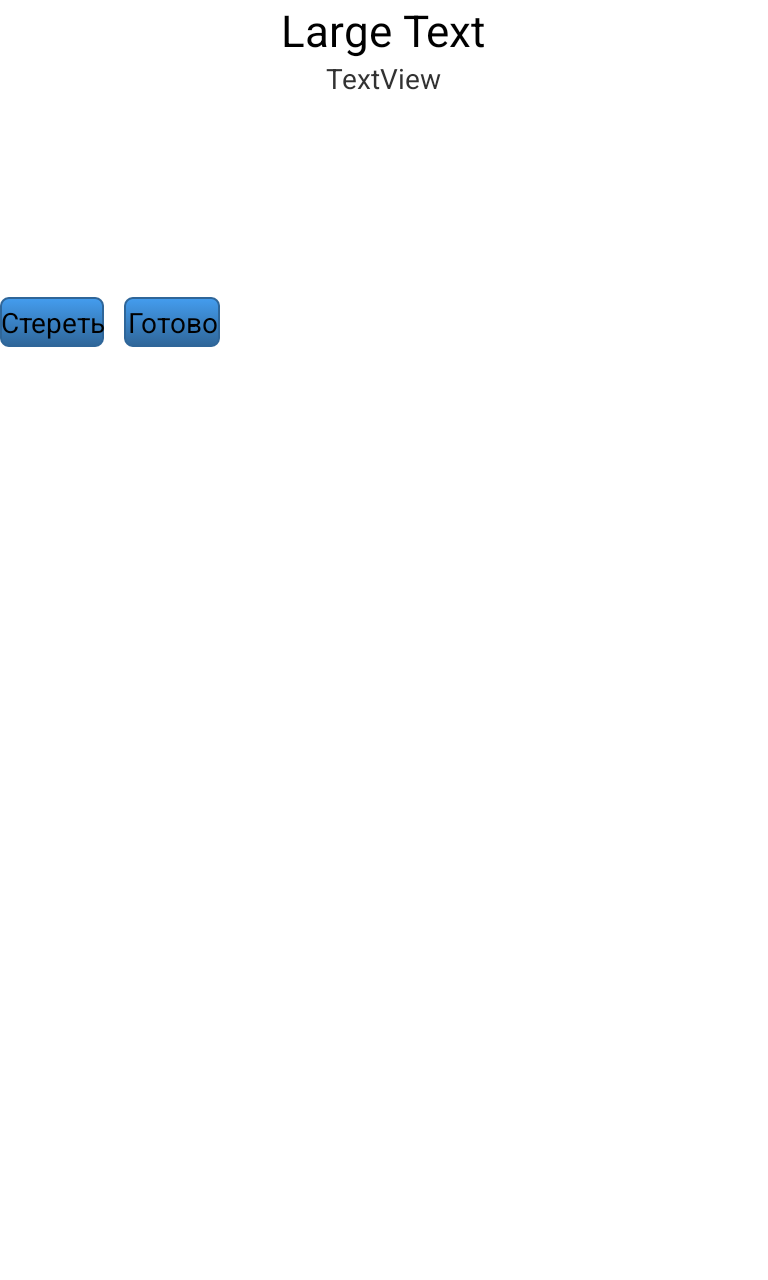
Repository: pcombi/android_dev
Layout: EnglishGrammar/res/layout/tests.xml
These files come from the project's save history. The layout is drawn as it stood at one moment and after the next save; the edit follows.
It is drawn on a 768 x 1280 px phone screen (xhdpi) without system bars, with theme AppTheme; the app's code is not run.

Above is the layout before, as saved 2012-12-29 14:21:01.

### EnglishGrammar/res/layout/tests.xml
<?xml version="1.0" encoding="utf-8"?>
<LinearLayout xmlns:android="http://schemas.android.com/apk/res/android"
    android:layout_width="match_parent"
    android:layout_height="match_parent"
    android:orientation="vertical"
    android:weightSum="130">

    <TextView
        android:id="@+id/tvQuestion"
        android:layout_width="wrap_content"
        android:layout_height="wrap_content"
        android:layout_gravity="center"
        android:text="Large Text"
        android:textAppearance="?android:attr/textAppearanceLarge" />

    <TextView
        android:id="@+id/tvAnswer"
        android:layout_width="wrap_content"
        android:layout_height="wrap_content"
        android:layout_gravity="center"
        android:text="TextView" />

    <LinearLayout
        android:id="@+id/lAnswers"
        android:layout_width="match_parent"
        android:layout_height="100dp"
        android:orientation="vertical" >

        <LinearLayout
            android:id="@+id/lhorAnswers"
            android:layout_width="match_parent"
            android:layout_height="wrap_content"
            android:orientation="horizontal" >
        </LinearLayout>
    </LinearLayout>

    <LinearLayout
        android:id="@+id/llButtons"
        android:layout_width="fill_parent"
        android:layout_height="wrap_content"
        android:orientation="horizontal">

        <Button
            android:id="@+id/bErase"
            style="?android:attr/buttonStyleSmall"
            android:layout_width="wrap_content"
            android:background="@drawable/btn_blue"
            android:layout_marginRight="10dp"
            android:layout_height="25dp"
            android:layout_gravity="left"
            android:text="@string/erase" />

        <Button
            android:id="@+id/button1"
            style="?android:attr/buttonStyleSmall"
            android:layout_width="wrap_content"
            android:layout_height="25dp"
            android:layout_gravity="right"
            android:background="@drawable/btn_blue"
            android:text="@string/done" />
    </LinearLayout>

    <LinearLayout
        android:id="@+id/buttonOptions1"
        android:layout_width="wrap_content"
        android:layout_height="wrap_content"
        android:orientation="vertical">
    </LinearLayout>

    <LinearLayout
        android:id="@+id/buttonOptions2"
        android:layout_width="wrap_content"
        android:layout_height="wrap_content"
        android:orientation="vertical" >
    </LinearLayout>

    <LinearLayout
        android:id="@+id/buttonOptions3"
        android:layout_width="wrap_content"
        android:layout_height="wrap_content"
        android:orientation="vertical" >
    </LinearLayout>

    <LinearLayout
        android:id="@+id/buttonOptions4"
        android:layout_width="wrap_content"
        android:layout_height="wrap_content"
        android:orientation="vertical">
    </LinearLayout>

</LinearLayout>

### EnglishGrammar/res/drawable/btn_blue.xml
<?xml version="1.0" encoding="utf-8"?>
<selector xmlns:android="http://schemas.android.com/apk/res/android">
    <item android:state_pressed="true" >
        <shape>
            <solid
                android:color="#449def" />
            <stroke
                android:width="1dp"
                android:color="#2f6699" />
            <corners
                android:radius="4dp" />
            <padding
                android:left="0dp"
                android:top="0dp"
                android:right="0dp"
                android:bottom="0dp" />
        </shape>
    </item>
    <item>
        <shape>
            <gradient
                android:startColor="#449def"
                android:endColor="#2f6699"
                android:angle="270" />
            <stroke
                android:width="1dp"
                android:color="#2f6699" />

            <corners
                android:radius="4dp" />
            <padding
                android:left="0dp"
                android:top="0dp"
                android:right="0dp"
                android:bottom="0dp" />
        </shape>
    </item>
</selector>

### EnglishGrammar/res/values/strings.xml
<resources>

    <string name="app_name">EnglishGrammar</string>
    <string name="lessons">Теория</string>
    <string name="tests">Тесты</string>
    <string name="exit">Выход</string>
    <string name="erase">Стереть</string>
    <string name="done">Готово</string>
    <style name="ButtonText">
	    <item name="android:layout_width">fill_parent</item>
	    <item name="android:layout_height">wrap_content</item>
	    <item name="android:textColor">#ffffff</item>
	    <item name="android:gravity">center</item>
	    <item name="android:layout_margin">1dp</item>
	    <item name="android:textSize">17dp</item>
	    <item name="android:textStyle">bold</item>
	    <item name="android:shadowColor">#000000</item>
	    <item name="android:shadowDx">1</item>
	    <item name="android:shadowDy">1</item>
	    <item name="android:shadowRadius">2</item>
	</style>

</resources>

Loaded but not shown: EnglishGrammar/res/values/styles.xml (common file); EnglishGrammar/res/values-v11/styles.xml (common file); EnglishGrammar/res/values-v14/styles.xml (common file)

After the next save:
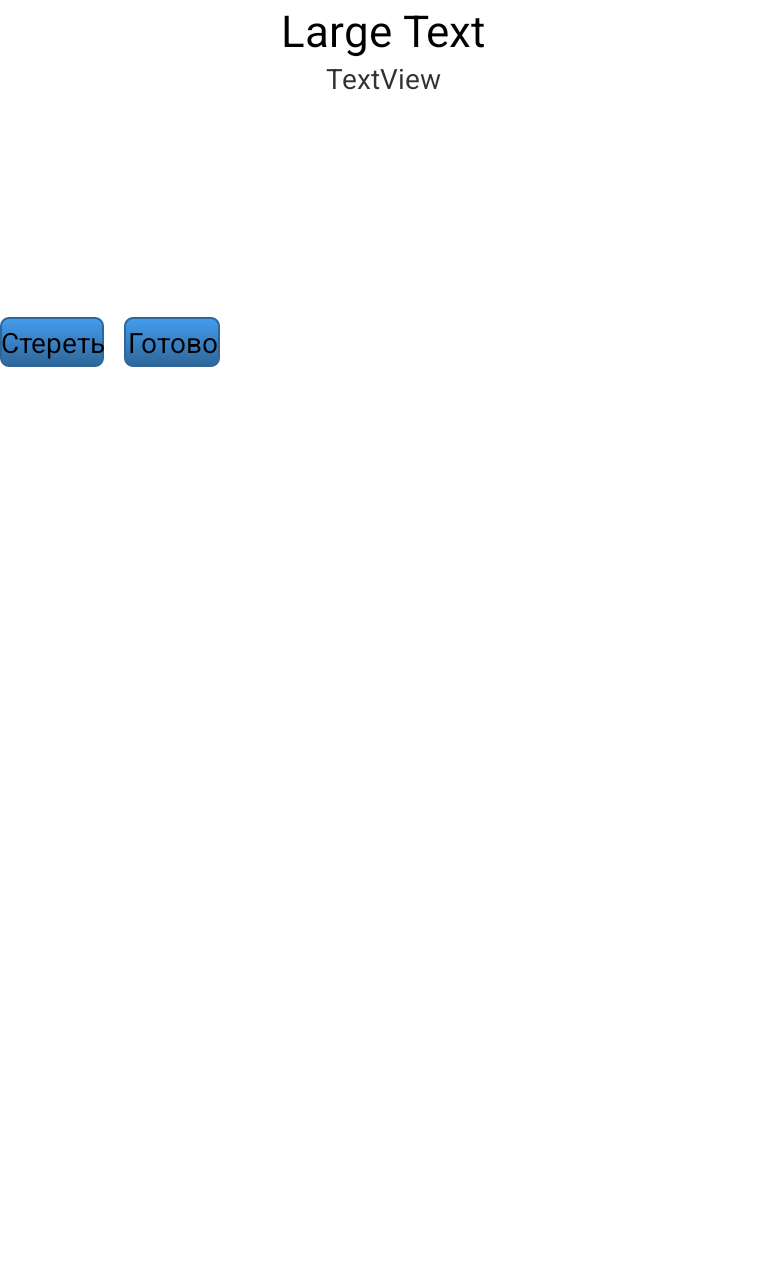
Saved 5 min 43 s later.
--- a/EnglishGrammar/res/layout/tests.xml
+++ b/EnglishGrammar/res/layout/tests.xml
@@ -24,14 +24,9 @@
         android:id="@+id/lAnswers"
         android:layout_width="match_parent"
         android:layout_height="100dp"
-        android:orientation="vertical" >
+        android:orientation="vertical"
+        android:layout_margin="5dp">
 
-        <LinearLayout
-            android:id="@+id/lhorAnswers"
-            android:layout_width="match_parent"
-            android:layout_height="wrap_content"
-            android:orientation="horizontal" >
-        </LinearLayout>
     </LinearLayout>
 
     <LinearLayout
